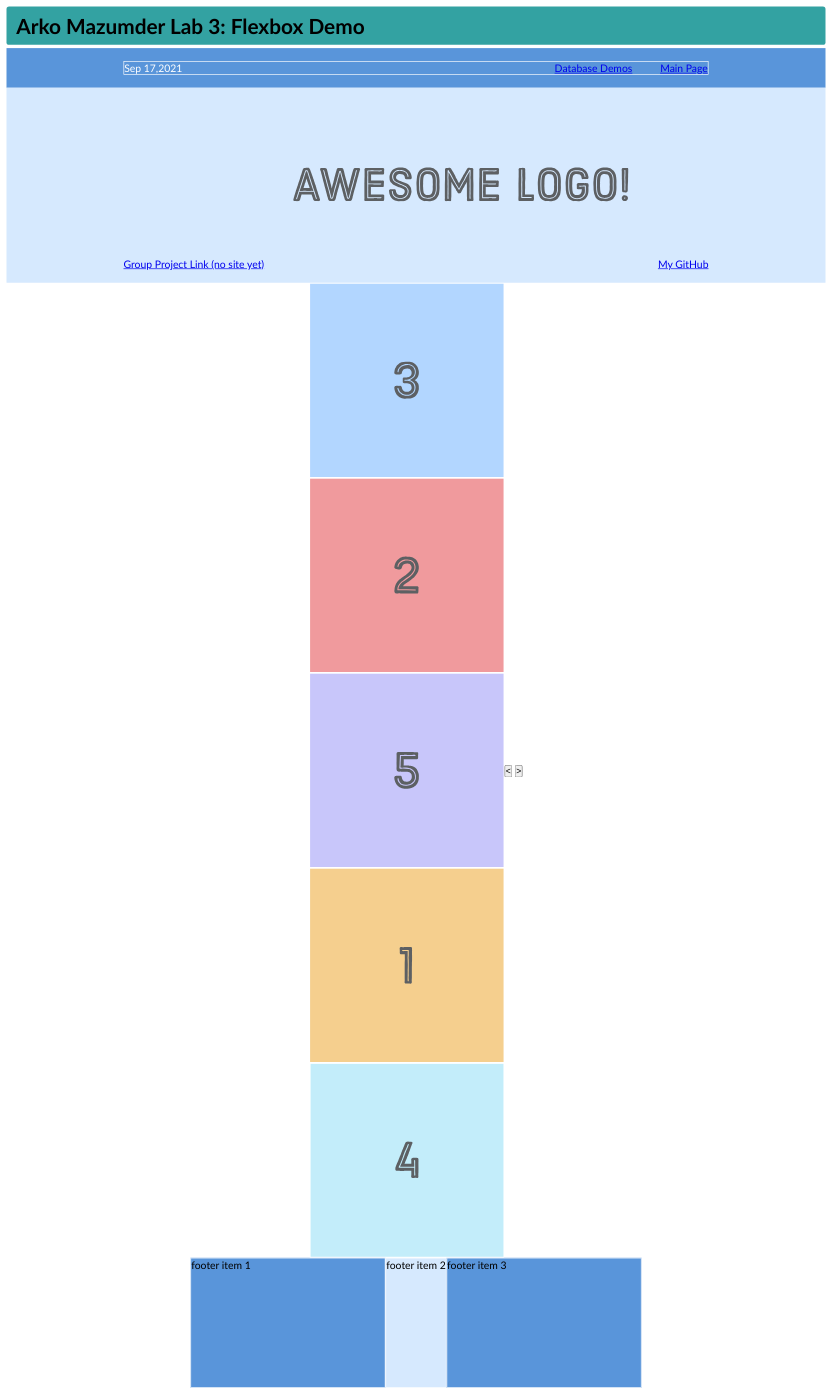
Repository: arkomz/INST377-Lab-Work
Page: client/lab_4/index.html
These files come from the project's save history. The page is drawn as it stood at one moment and after the next save; the edit follows.
The browser window is 1280 px wide. The pictures show the whole page, at 65% of full size.

Above is the page before, as saved 2021-09-26 21:40:31.

After the next save:
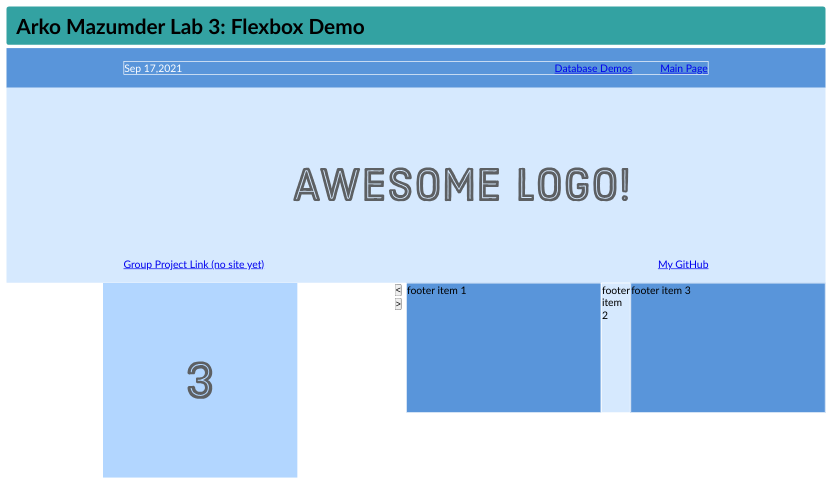
Saved 83 s later.
--- a/client/lab_4/index.html
+++ b/client/lab_4/index.html
@@ -33,19 +33,18 @@
               <div class='photo-grid'>
                 <div class="carousel">
                 <div class="carousel__item carousel__item--visible">
-                <div class='photo-grid-item'>
                     <img src='images/three.svg'/>
                   </div>
-                <div class='photo-grid-item'>
+                <div class='carousel__item'>
                     <img src='images/two.svg'/>
                   </div>
-                <div class='photo-grid-item'>
+                <div class='carousel__item'>
                     <img src='images/five.svg'/>
                   </div>
-                <div class='photo-grid-item'>
+                <div class='carousel__item'>
                   <img src='images/one.svg'/>
                 </div>
-                <div class='photo-grid-item'>
+                <div class='carousel__item'>
                   <img src='images/four.svg'/>
                 </div>
               </div>
